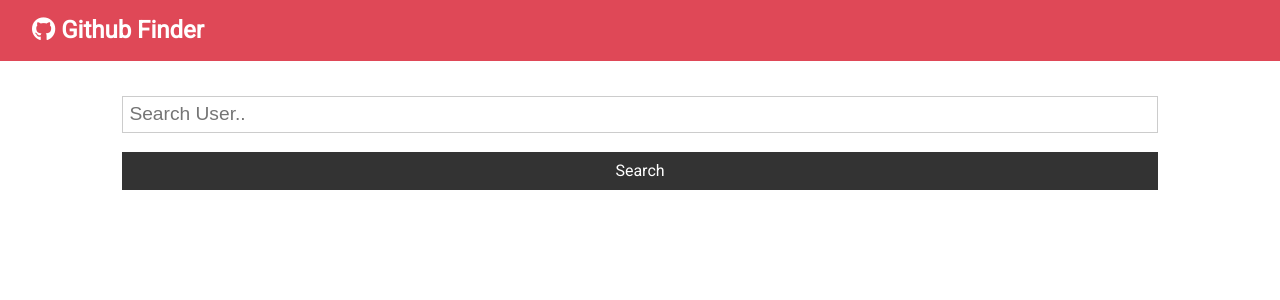
Repository: akash-saha-1/github-finder
Page: /
An editor plug-in stored every save of this project. The page is shown before and after the next save, followed by the edit.
The browser window is 1280 px wide. The pictures show the whole page.
Some web libraries are served in a nearby version. The project was rebuilt for these pictures with package versions that can differ from the ones it lists, and the page was loaded fresh each time. Also part of the build but not shown: src/components/users/UserItem.js, src/components/layout/Spinner.js.

Above is the page before, as saved 2021-03-06 00:17:30.

After the next save:
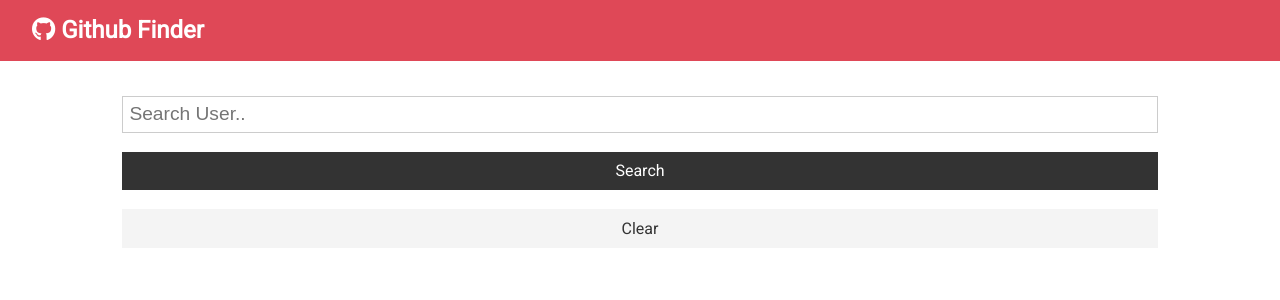
Saved 79 s later.
--- a/src/components/users/Search.js
+++ b/src/components/users/Search.js
@@ -30,6 +30,12 @@
             className="btn btn-dark btn-block"
           />
         </form>
+        <button
+          className="btn btn-light btn-block"
+          onClick={this.props.clearUsers}
+        >
+          Clear
+        </button>
       </div>
     );
   }

After the 6 saves that followed:
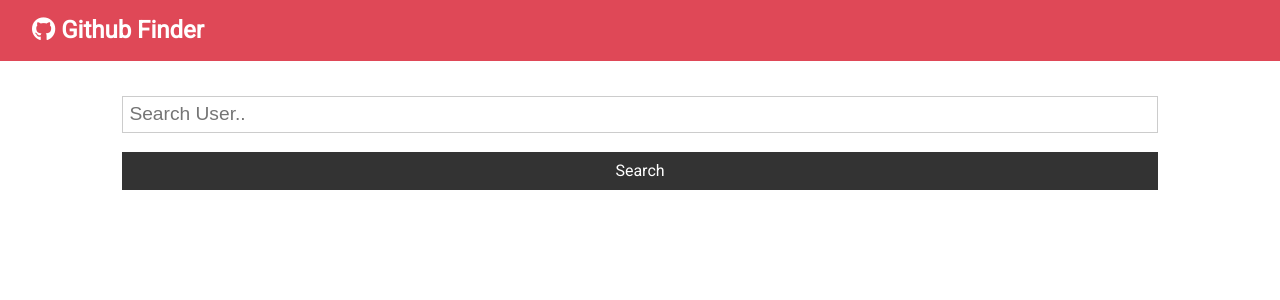
The 6 saves are shown as one change because 1 did not build or start and 4 left the picture as it was.
The last was saved 5 min 40 s later.
--- a/src/App.js
+++ b/src/App.js
@@ -25,12 +25,20 @@ class App extends Component {
     this.setState({ users: res.data.items, loading: false });
   };
 
+  clearUsers = () => {
+    this.setState({ users: [], loading: false });
+  };
+
   render() {
     return (
       <div className="App">
         <Navbar tite="Navbar Finder" />
         <div className="container">
-          <Search searchUsers={this.searchUsers} />
+          <Search
+            searchUsers={this.searchUsers}
+            clearUsers={this.clearUsers}
+            showClear={this.state.users.length > 0 ? true : false}
+          />
           <Users loading={this.state.loading} users={this.state.users} />
         </div>
       </div>
--- a/src/components/users/Search.js
+++ b/src/components/users/Search.js
@@ -1,9 +1,16 @@
 import React, { Component } from "react";
+import PropTypes from "prop-types";
 
 export class Search extends Component {
   state = {
     text: "",
   };
+  static propTypes = {
+    searchUsers: PropTypes.func.isRequired,
+    clearUsers: PropTypes.func.isRequired,
+    showClear: PropTypes.bool.isRequired,
+  };
+
   onChange = (e) => this.setState({ [e.target.name]: e.target.value });
   onSubmit(e) {
     //if we dont use arrow dunction then we have to bind this
@@ -30,12 +37,14 @@
             className="btn btn-dark btn-block"
           />
         </form>
-        <button
-          className="btn btn-light btn-block"
-          onClick={this.props.clearUsers}
-        >
-          Clear
-        </button>
+        {this.props.showClear && (
+          <button
+            className="btn btn-light btn-block"
+            onClick={this.props.clearUsers}
+          >
+            Clear
+          </button>
+        )}
       </div>
     );
   }
